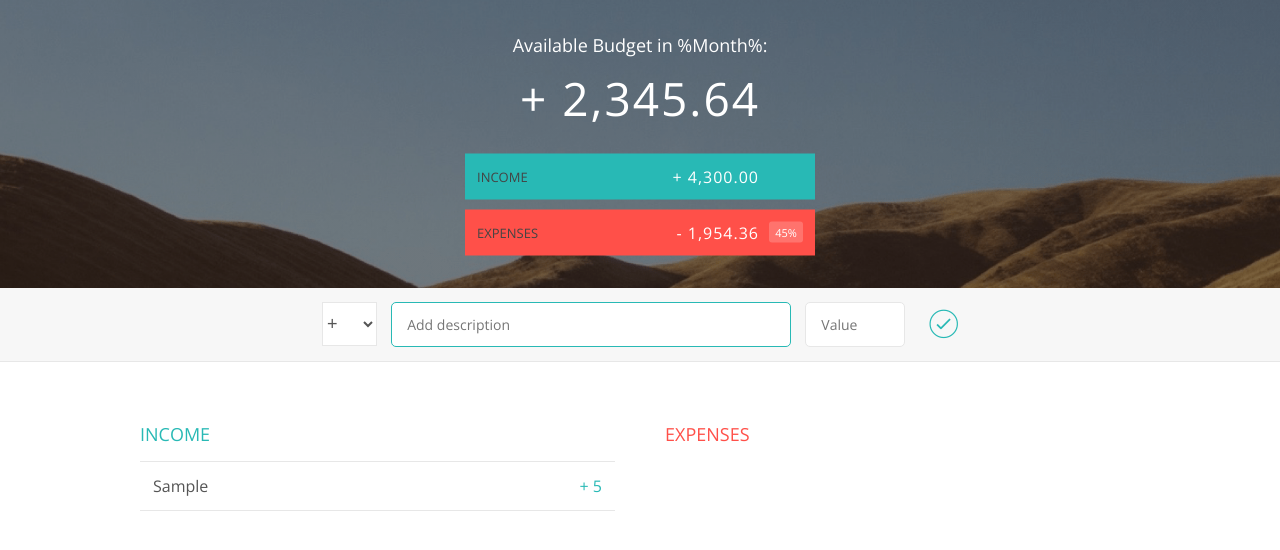
Repository: JocheAttah/Budgety
Page: index.html
These files come from the project's save history. The page is drawn as it stood at one moment and after the next save; the edit follows.
The browser window is 1280 px wide. The pictures show the whole page.
Empty fields were first filled with sample values (such as "Sample", 5 or name@example.com).
After loading, the first visible `button.add__btn` was clicked once.

Above is the page before, as saved 2020-03-05 10:41:57.
Console error: ReferenceError: budge is not defined

After the next save:
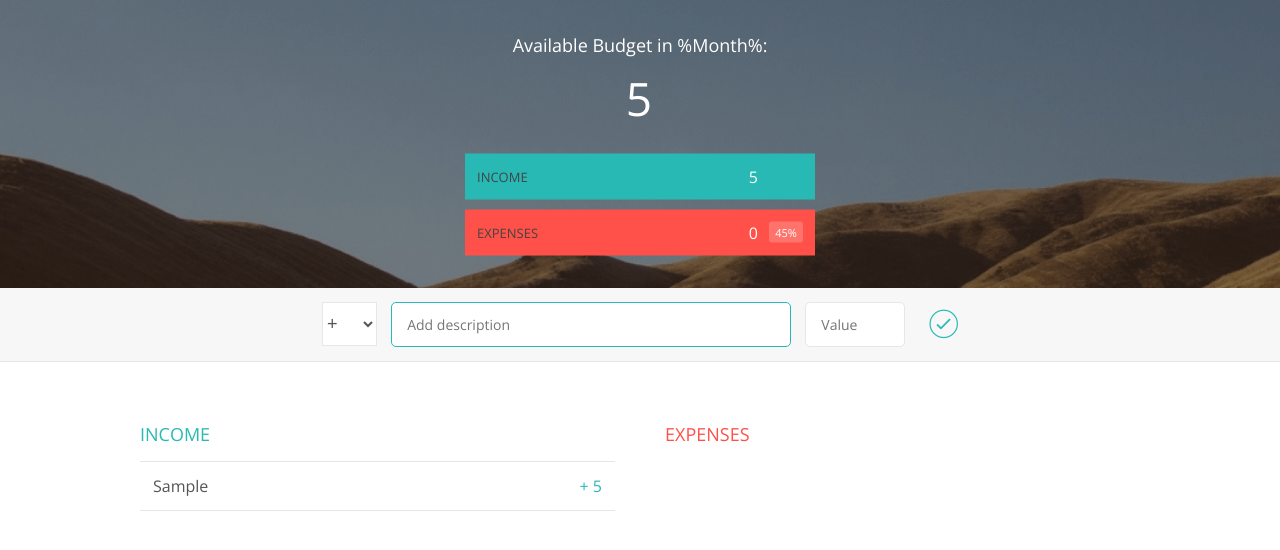
The error is gone.
Saved 7 s later.
--- a/js/app.js
+++ b/js/app.js
@@ -191,7 +191,7 @@ var controller = (function(budgetCtrl, uiCtrl){
             var budget = budgetCtrl.getBudget();
 
             // 3. Display the budget on the UI
-            uiCtrl.displayBudget(budge)
+            uiCtrl.displayBudget(budget)
     }
     var ctrlAddItem = function (){
 
